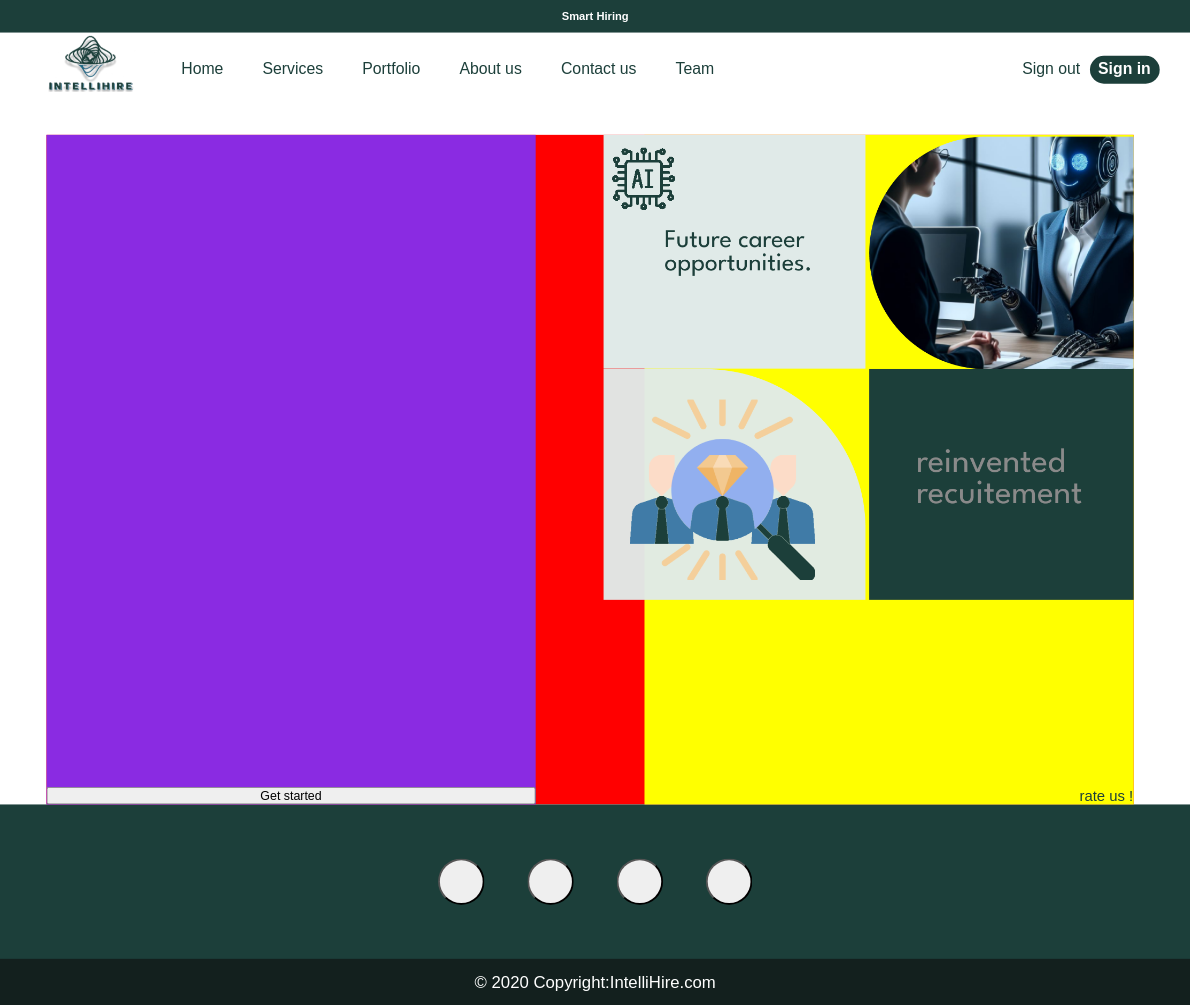
Repository: arijkl/Projet-PFA
Page: HomePage.html
An editor plug-in stored every save of this project. The page is shown before and after the next save, followed by the edit.
The browser window is 1280 px wide. The pictures show the whole page, at 93% of full size.

Above is the page before, as saved 2024-04-21 20:51:40.

After the next save:
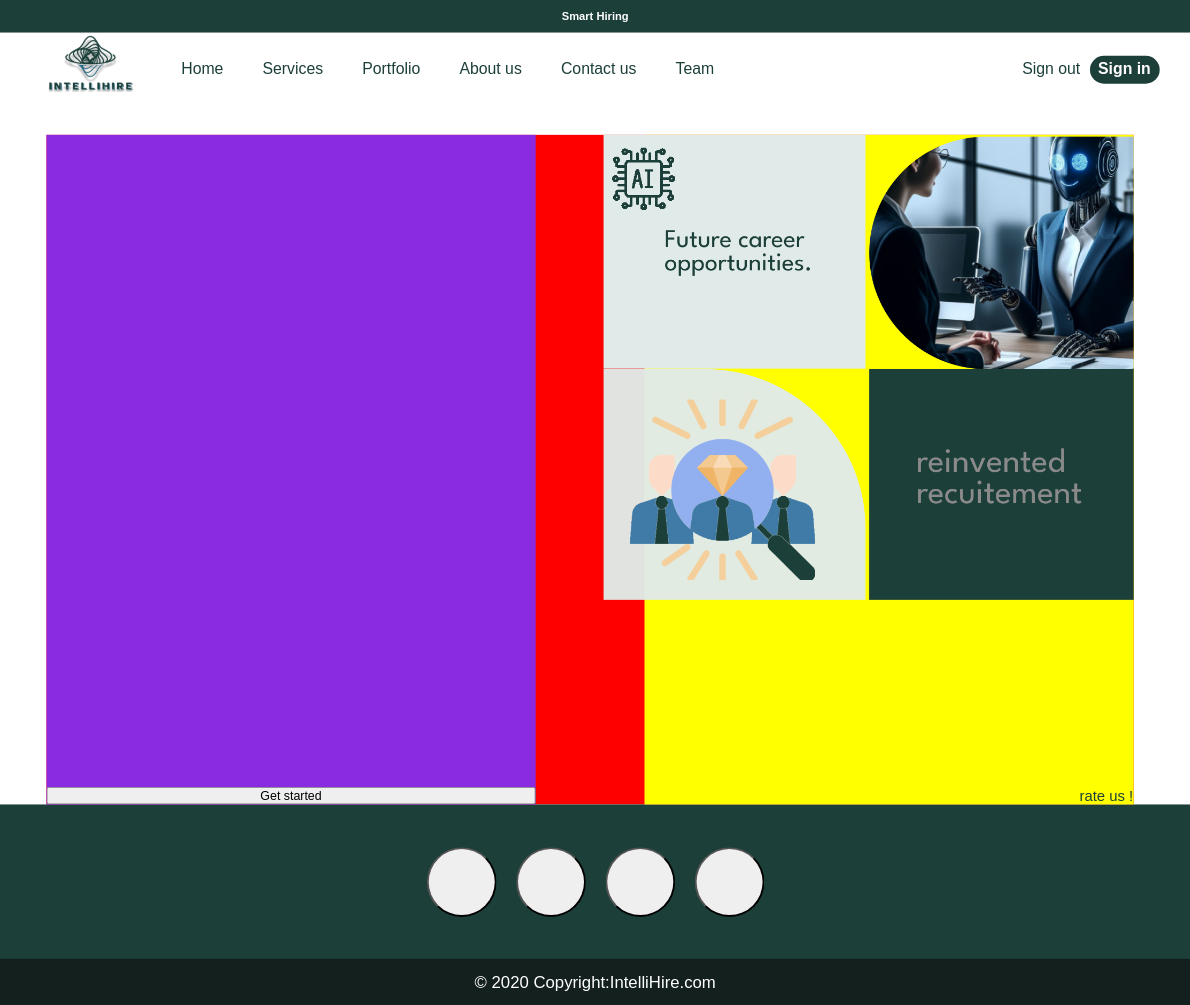
Saved 25 s later.
--- a/HomePage.css
+++ b/HomePage.css
@@ -169,8 +169,8 @@
 }
 .icons button{
     background-color:13201e;
-    height:50px;
-    width:50px;
+    height:75px;
+    width:75px;
     border-radius:50%;
 }
 footer span{
